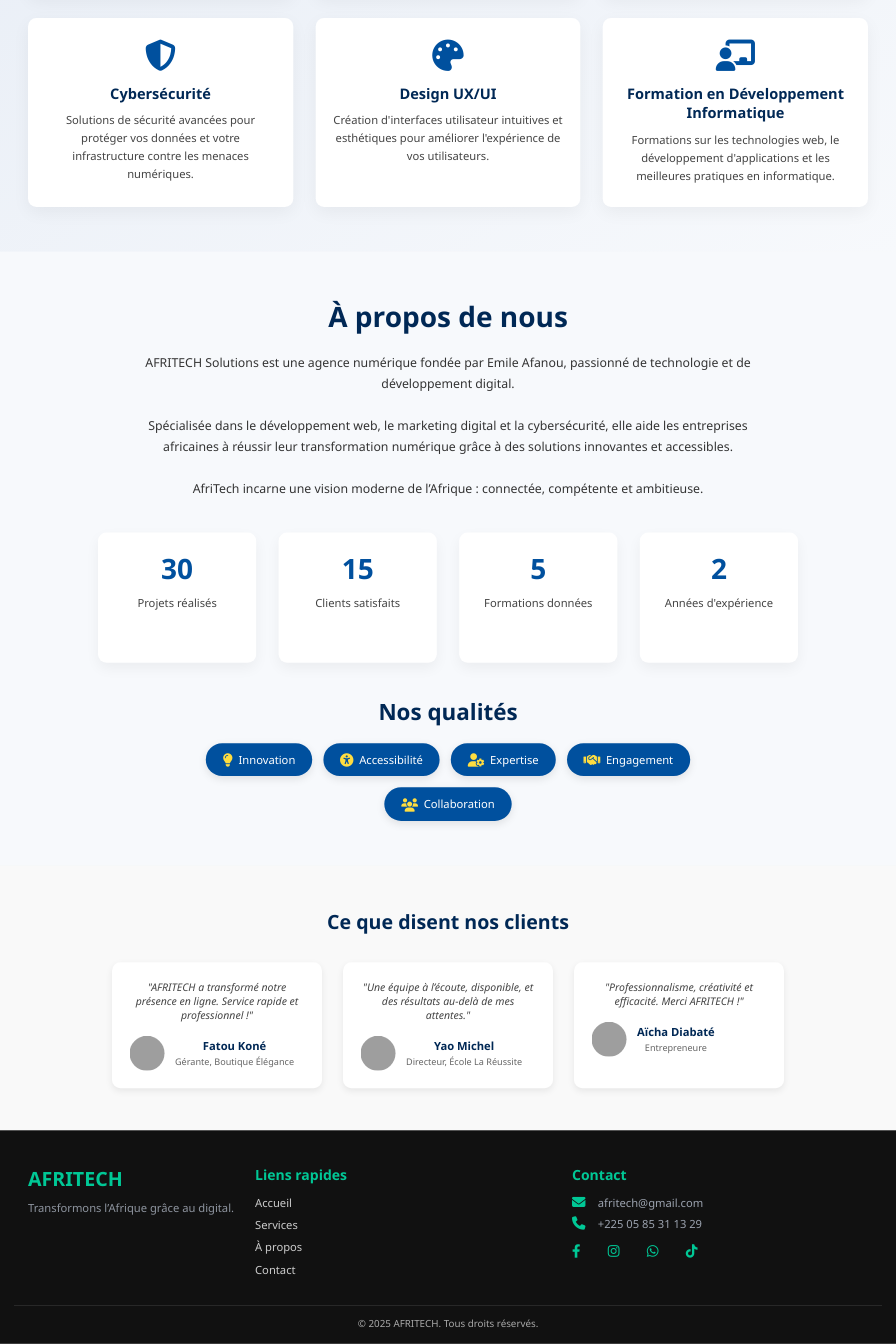
Repository: prestige225/AFRITECH
Page: index.html
These files come from the project's save history. The page is drawn as it stood at one moment and after the next save; the edit follows.
The browser window is 1280 px wide. The pictures show the part of the page from y = 914 to 2834 px (the page is 2834 px tall), at 70% of full size.
Pictures or frames that could not be fetched are drawn as grey boxes.

Above is the page before, as saved 2025-07-26 00:14:38.
Console error: TypeError: Cannot read properties of null (reading 'addEventListener')

After the next save:
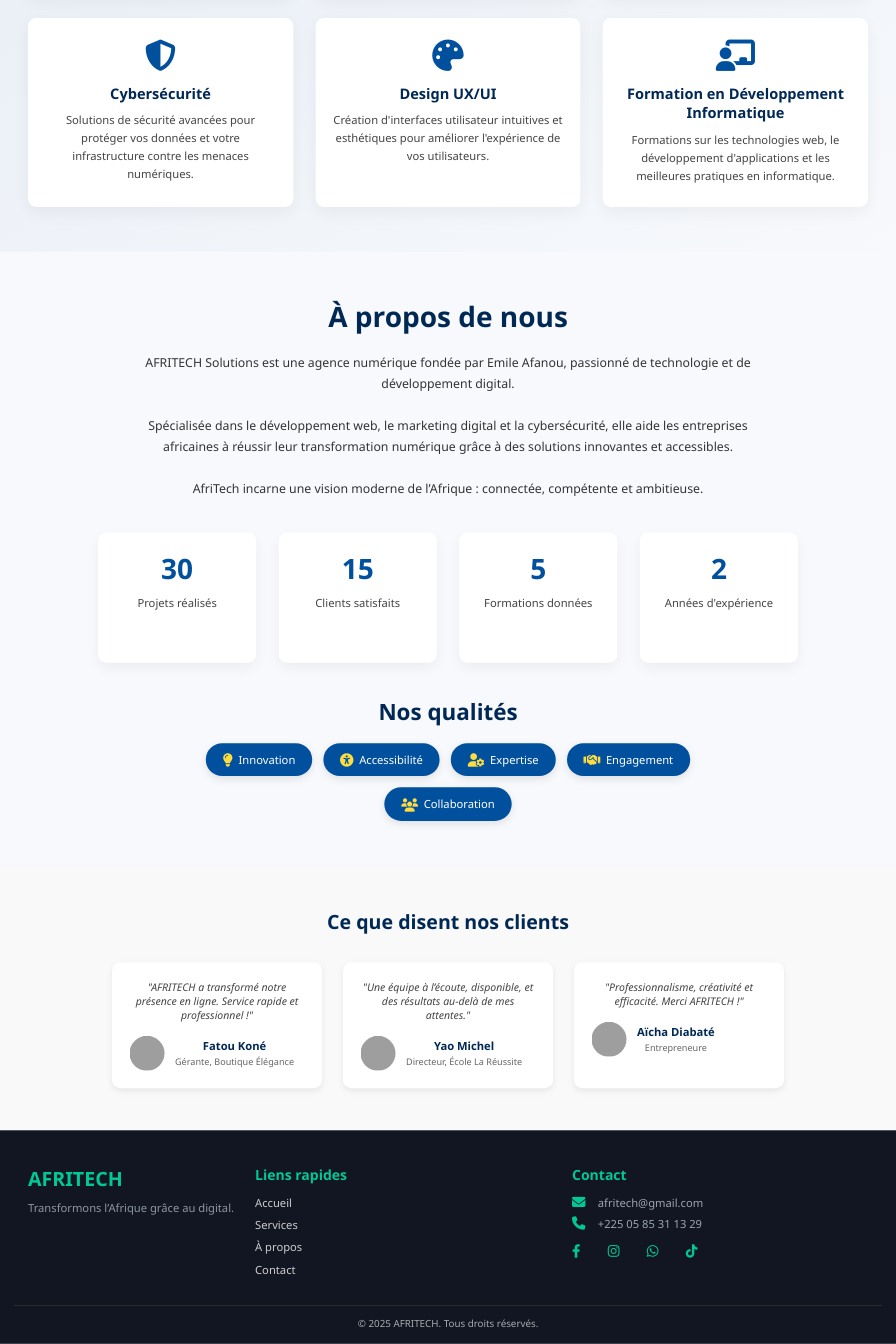
Saved 2 min 52 s later.
--- a/style.css
+++ b/style.css
@@ -689,7 +689,7 @@ button.btn:hover {
 @import url('https://cdnjs.cloudflare.com/ajax/libs/font-awesome/5.15.4/css/all.min.css');
 
 .footer {
-  background: #111;
+  background: #121623;
   color: #fff;
   padding: 50px 20px 20px;
   font-family: 'Segoe UI', sans-serif;
